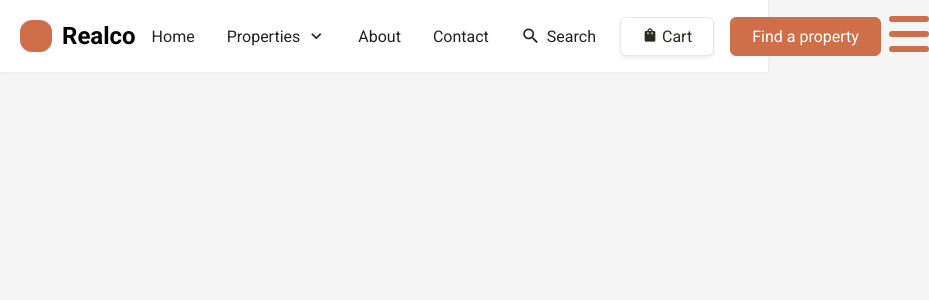
Repository: bek77g/realco
Page: index.html
These files come from the project's save history. The page is drawn as it stood at one moment and after the next save; the edit follows.
The browser window is 768 px wide. The page is 929 px wide, then 768 px, so the pictures cover 929 px, including what lies to the right of the window. The pictures show the whole page.
The style sheet was rebuilt from its Sass, Less or Tailwind sources for each picture, by a compiler version that may differ from the author's.

Above is the page before, as saved 2023-04-13 21:54:24.

After the next save:
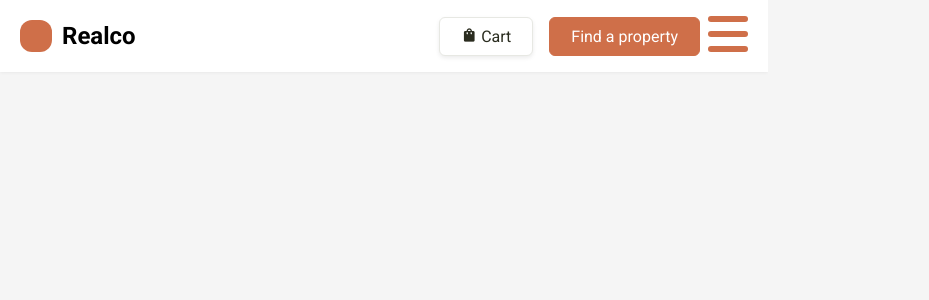
Saved 99 s later.
--- a/src/styles/_responsive.scss
+++ b/src/styles/_responsive.scss
@@ -4,6 +4,9 @@
 }
 @media (max-width: 993px) {
   .header {
+    &__menu {
+      display: none;
+    }
     &__burger {
       display: block;
     }
